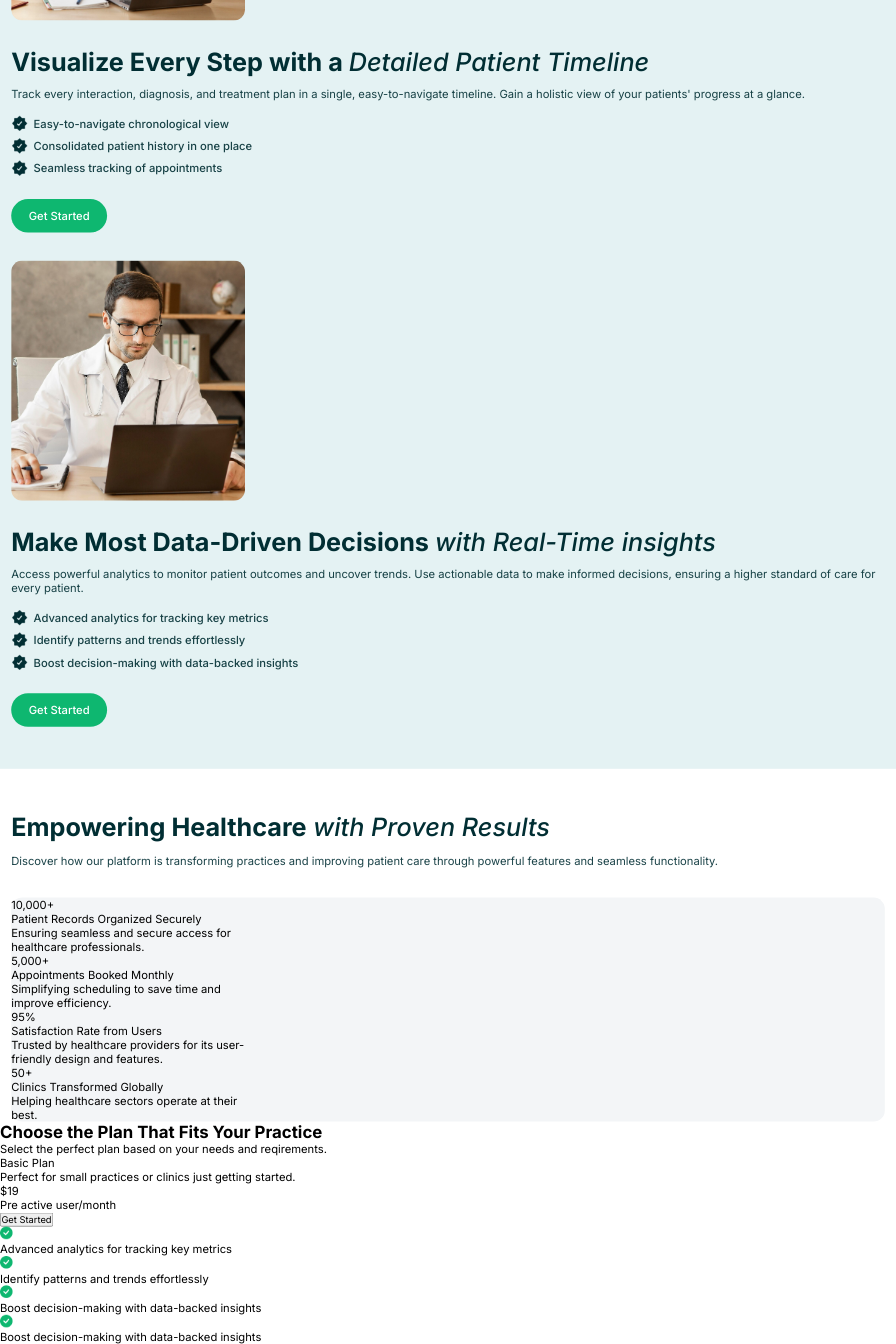
Repository: DiegoWWeege/recuperacao-prova-front-end
Page: index.html
The author's editor kept a copy of each file at every save. The page is drawn from the files as they stood at one save, then again after a run of saves.
The browser window is 1280 px wide. The pictures show the part of the page from y = 1906 to 3826 px (the page is 3826 px tall), at 70% of full size.

Above is the page before, as saved 2026-06-22 19:07:20.

After the next 2 saves:
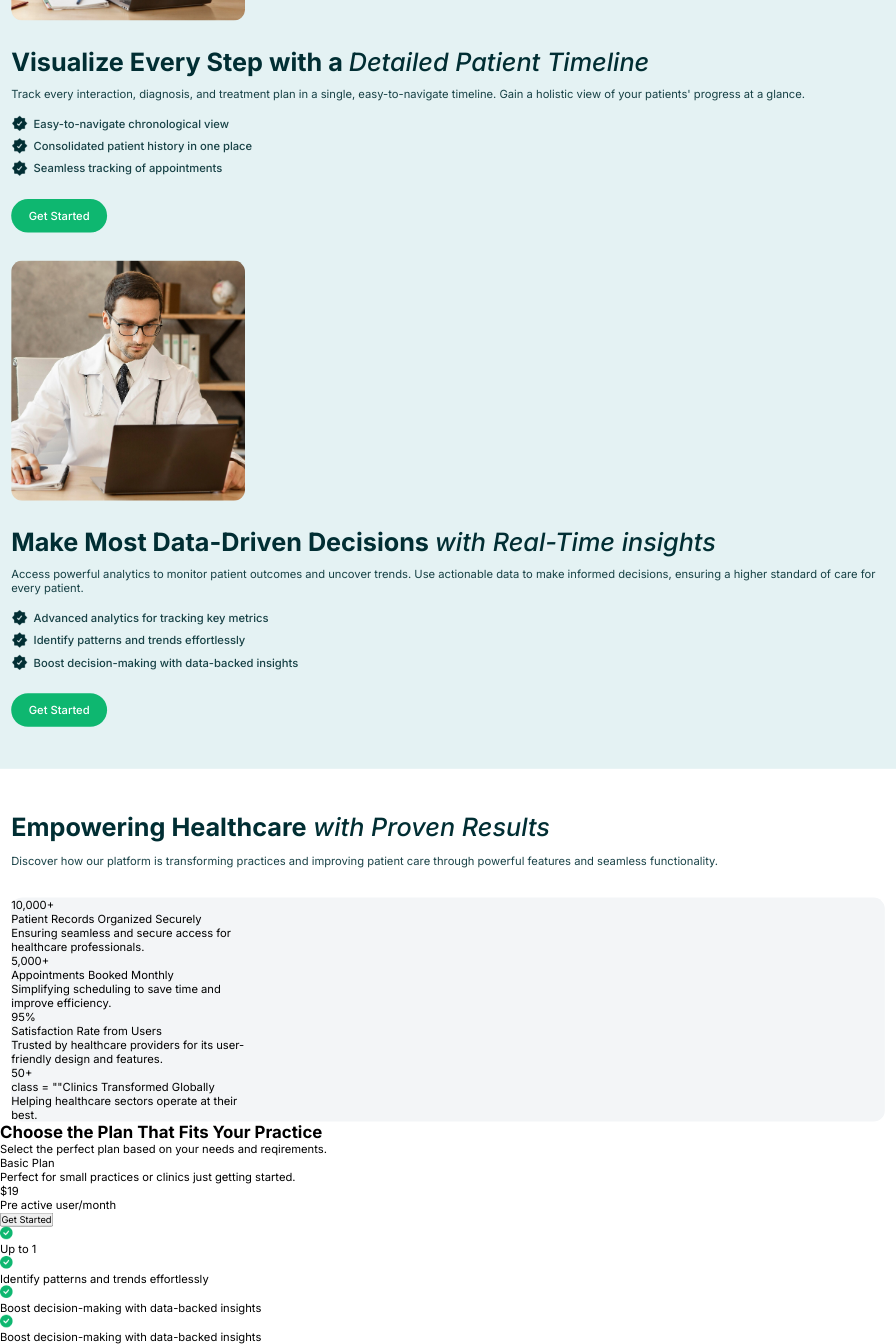
The 2 saves are shown as one change because they came seconds apart.
The last was saved 8 s later.
--- a/index.html
+++ b/index.html
@@ -138,7 +138,7 @@
 
             <section class = "tiny-box">
                 <p class = "first-p">50+</p>
-                <p>Clinics Transformed Globally</p>
+                <p> class = ""Clinics Transformed Globally</p>
 
                 <p>Helping healthcare sectors operate at their best.</p>
             </section>
@@ -167,7 +167,7 @@
             <section class = "qualities-grid">
 
                 <img src="icons/green-ok.png" alt="green-check-mark">
-                <p class = "benefit">Advanced analytics for tracking key metrics</p>
+                <p class = "benefit">Up to 1</p>
 
                 <img src="icons/green-ok.png" alt="green-check-mark">
                 <p class = "benefit">Identify patterns and trends effortlessly</p>
